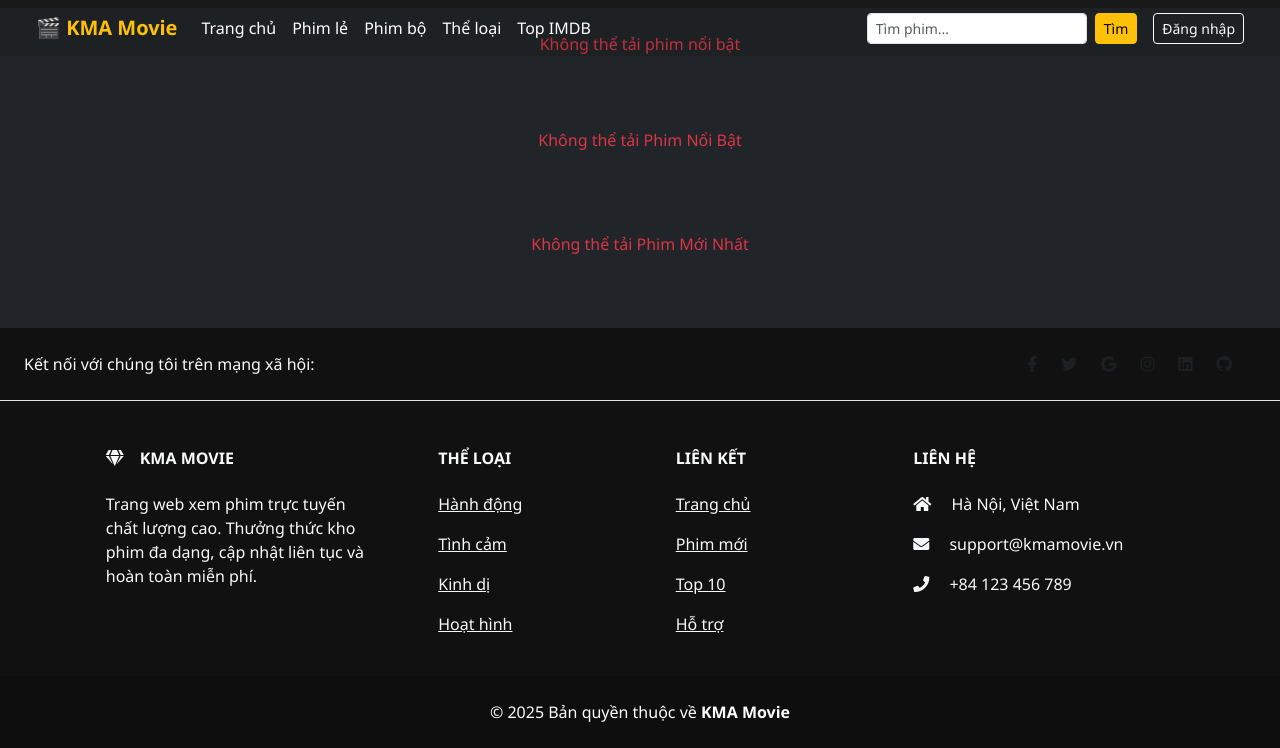
Repository: takagi2004/KMA_Nhom27_TTCS_WebXemFilm_FonEnd
Page: /
An editor plug-in stored every save of this project. The page is shown before and after a run of saves, followed by the edit.
The browser window is 1280 px wide. The pictures show the whole page.
The page's requests for data from a server got no answer. The project was rebuilt for these pictures with package versions that can differ from the ones it lists, and the page was loaded fresh each time. No one was signed in, and anything a server would have sent is missing. Also part of the build but not shown: src/layout/danhsachphim/Props/PhimCard.tsx.

Above is the page before, as saved 2025-08-07 01:53:39.

### public/index.html
<!DOCTYPE html>
<html lang="en">
  <head>
    <meta charset="utf-8" />
    <link rel="icon" href="%PUBLIC_URL%/favicon.ico" />
    <meta name="viewport" content="width=device-width, initial-scale=1" />
    <meta name="theme-color" content="#000000" />
    <meta
      name="description"
      content="Web site created using create-react-app"
    />
    <link rel="apple-touch-icon" href="%PUBLIC_URL%/logo192.png" />
    <!--
      manifest.json provides metadata used when your web app is installed on a
      user's mobile device or desktop. See https://developers.google.com/web/fundamentals/web-app-manifest/
    -->
    <link rel="manifest" href="%PUBLIC_URL%/manifest.json" />
    <!--
      Notice the use of %PUBLIC_URL% in the tags above.
      It will be replaced with the URL of the `public` folder during the build.
      Only files inside the `public` folder can be referenced from the HTML.

      Unlike "/favicon.ico" or "favicon.ico", "%PUBLIC_URL%/favicon.ico" will
      work correctly both with client-side routing and a non-root public URL.
      Learn how to configure a non-root public URL by running `npm run build`.
    -->
    <link href="https://cdn.jsdelivr.net/npm/bootstrap@5.3.7/dist/css/bootstrap.min.css" rel="stylesheet" integrity="sha384-LN+7fdVzj6u52u30Kp6M/trliBMCMKTyK833zpbD+pXdCLuTusPj697FH4R/5mcr" crossorigin="anonymous">
    <link rel="stylesheet" href="https://cdnjs.cloudflare.com/ajax/libs/font-awesome/5.15.3/css/all.min.css">
    <title>Xem Phim Hay,Mới Nhất Tại Phimmoi.com</title>
  </head>
  <body>
    <noscript>You need to enable JavaScript to run this app.</noscript>
    <div id="root"></div>
    <!--
      This HTML file is a template.
      If you open it directly in the browser, you will see an empty page.

      You can add webfonts, meta tags, or analytics to this file.
      The build step will place the bundled scripts into the <body> tag.

      To begin the development, run `npm start` or `yarn start`.
      To create a production bundle, use `npm run build` or `yarn build`.
    -->
    <script src="https://cdn.jsdelivr.net/npm/bootstrap@5.3.7/dist/js/bootstrap.bundle.min.js" integrity="sha384-ndDqU0Gzau9qJ1lfW4pNLlhNTkCfHzAVBReH9diLvGRem5+R9g2FzA8ZGN954O5Q" crossorigin="anonymous"></script>
  </body>
</html>

### src/App.tsx
import React from 'react';
import './App.css';
import Hompage from './layout/Hompage';

function App() {
  return (
    <div className="App">
       <Hompage />
    </div>
  );
}

export default App;

### src/layout/Hompage.tsx
import DanhSachPhim from "./danhsachphim/DanhSachPhim";
import Footer from "./header/foode-narbar-carosel/Footer";
import Header from "./header/Header";
import React from "react";
function Hompage() {
  return (
    <div className="App">
       <Header />
       <Footer />
    </div>
  );
}

export default Hompage;

### src/layout/header/foode-narbar-carosel/Footer.tsx
import React from "react";

/**
 * Footer cho trang web xem phim
 * - Responsive đầy đủ (mobile, tablet, desktop)
 * - Có phần mạng xã hội + liên hệ + link nhanh
 * - Thiết kế nền tối phù hợp trang xem phim
 */
const Footer: React.FC = () => {
  return (
    <footer className="text-center text-lg-start text-muted" style={{ backgroundColor: "#111" }}>
      {/* ====================== MẠNG XÃ HỘI ====================== */}
      <section className="d-flex justify-content-center justify-content-lg-between p-4 border-bottom">
        {/* Bên trái - chỉ hiện trên màn hình lớn */}
        <div className="me-5 d-none d-lg-block text-light">
          <span>Kết nối với chúng tôi trên mạng xã hội:</span>
        </div>

        {/* Bên phải - icon mạng xã hội */}
        <div>
          <a href="#" className="me-4 text-reset text-light"><i className="fab fa-facebook-f"></i></a>
          <a href="#" className="me-4 text-reset text-light"><i className="fab fa-twitter"></i></a>
          <a href="#" className="me-4 text-reset text-light"><i className="fab fa-google"></i></a>
          <a href="#" className="me-4 text-reset text-light"><i className="fab fa-instagram"></i></a>
          <a href="#" className="me-4 text-reset text-light"><i className="fab fa-linkedin"></i></a>
          <a href="#" className="me-4 text-reset text-light"><i className="fab fa-github"></i></a>
        </div>
      </section>

      {/* ====================== LIÊN KẾT NHANH ====================== */}
      <section>
        <div className="container text-center text-md-start mt-5 text-light">
          <div className="row mt-3">
            {/* Cột 1 - Giới thiệu */}
            <div className="col-md-3 col-lg-4 col-xl-3 mx-auto mb-4">
              <h6 className="text-uppercase fw-bold mb-4">
                <i className="fas fa-gem me-3"></i>KMA Movie
              </h6>
              <p>
                Trang web xem phim trực tuyến chất lượng cao.
                Thưởng thức kho phim đa dạng, cập nhật liên tục và hoàn toàn miễn phí.
              </p>
            </div>

            {/* Cột 2 - Thể loại */}
            <div className="col-md-2 col-lg-2 col-xl-2 mx-auto mb-4">
              <h6 className="text-uppercase fw-bold mb-4">Thể loại</h6>
              <p><a href="#" className="text-reset">Hành động</a></p>
              <p><a href="#" className="text-reset">Tình cảm</a></p>
              <p><a href="#" className="text-reset">Kinh dị</a></p>
              <p><a href="#" className="text-reset">Hoạt hình</a></p>
            </div>

            {/* Cột 3 - Liên kết hữu ích */}
            <div className="col-md-3 col-lg-2 col-xl-2 mx-auto mb-4">
              <h6 className="text-uppercase fw-bold mb-4">Liên kết</h6>
              <p><a href="#" className="text-reset">Trang chủ</a></p>
              <p><a href="#" className="text-reset">Phim mới</a></p>
              <p><a href="#" className="text-reset">Top 10</a></p>
              <p><a href="#" className="text-reset">Hỗ trợ</a></p>
            </div>

            {/* Cột 4 - Liên hệ */}
            <div className="col-md-4 col-lg-3 col-xl-3 mx-auto mb-md-0 mb-4">
              <h6 className="text-uppercase fw-bold mb-4">Liên hệ</h6>
              <p><i className="fas fa-home me-3"></i> Hà Nội, Việt Nam</p>
              <p><i className="fas fa-envelope me-3"></i> support@kmamovie.vn</p>
              <p><i className="fas fa-phone me-3"></i> +84 123 456 789</p>
            </div>
          </div>
        </div>
      </section>

      {/* ====================== COPYRIGHT ====================== */}
      <div
        className="text-center p-4"
        style={{ backgroundColor: "rgba(0, 0, 0, 0.2)", color: "#fff" }}
      >
        © 2025 Bản quyền thuộc về <strong>KMA Movie</strong>
      </div>
    </footer>
  );
};

export default Footer;

### src/layout/header/Header.tsx
import React from "react";
import DanhSachPhim from "../danhsachphim/DanhSachPhim";
import { PhimAPI } from "../../api/PhimAPI";
import BannerMid from "../../anh/banne.jpg";
import Navbar from "./foode-narbar-carosel/Narbar";
import Carousel from "./foode-narbar-carosel/Carousel";

const Header: React.FC = () => {
  return (
    <div className="bg-dark">
      {/* NAVBAR */}
      <Navbar />

      {/* CAROUSEL */}
      <div className="mt-2 mb-4">
        <Carousel />
      </div>

      {/* DANH SÁCH PHIM */}
      <main className="container-fluid d-flex flex-column gap-4 pb-5">
        <DanhSachPhim
          title="Phim Nổi Bật"
          fetchApi={() => PhimAPI.getPhimNoiBat(30)}
        />
        <DanhSachPhim
          title="Phim Mới Nhất"
          fetchApi={() => PhimAPI.getPhimMoiNhat(20)}
        />
      </main>
    </div>
  );
};

export default Header;

### src/layout/danhsachphim/DanhSachPhim.tsx
import React, { useEffect, useState } from "react";
import Slider from "react-slick";
import PhimModel from "../../model/PhimModel";
import PhimCard from "./Props/PhimCard";
import "slick-carousel/slick/slick.css";
import "slick-carousel/slick/slick-theme.css";

interface DanhSachPhimProps {
  title: string;
  fetchApi: () => Promise<PhimModel[]>;
  slidesToShow?: number;
}

const DanhSachPhim: React.FC<DanhSachPhimProps> = ({
  title,
  fetchApi,
  slidesToShow = 8,
}) => {
  const [phimList, setPhimList] = useState<PhimModel[]>([]);
  const [loading, setLoading] = useState(true);
  const [error, setError] = useState<string | null>(null);

  useEffect(() => {
    fetchApi()
      .then((data) => {
        setPhimList(data);
        setLoading(false);
      })
      .catch(() => {
        setError(`Không thể tải ${title}`);
        setLoading(false);
      });
  }, [fetchApi, title]);

  if (loading) return <div className="text-light p-4">Đang tải {title}...</div>;
  if (error) return <div className="text-danger p-4">{error}</div>;

  const settings = {
    dots: false,
    infinite: false,
    speed: 500,
    slidesToShow,
    slidesToScroll: slidesToShow,
    arrows: true,
    responsive: [
      {
        breakpoint: 1200,
        settings: { slidesToShow: Math.min(4, slidesToShow), slidesToScroll: 4 },
      },
      {
        breakpoint: 768,
        settings: { slidesToShow: 2, slidesToScroll: 2 },
      },
    ],
  };

  return (
    <div className="danh-sach-phim-wrapper">
      <div className="danh-sach-phim-container">
        <h3 className="mb-4 text-light fw-bold ps-4 text-start">{title}</h3>
        <div className="px-4">
          <Slider {...settings}>
            {phimList.map((phim) => (
              <div key={phim.idPhim} className="px-2">
                <PhimCard phim={phim} />
              </div>
            ))}
          </Slider>
        </div>
      </div>
    </div>
  );
};

export default DanhSachPhim;

### src/api/PhimAPI.ts
import axios from "axios";
import PhimModel from "../model/PhimModel";

const API_BASE_URL = "http://localhost:8080/api/phim";

export const PhimAPI = {
    // 1. Lấy tất cả phim
    getAllPhim: async (): Promise<PhimModel[]> => {
        const response = await axios.get<PhimModel[]>(`${API_BASE_URL}/all`);
        return response.data;
    },

    // 2. Lấy top phim thịnh hành
    getTopThinhHanh: async (limit: number = 10): Promise<PhimModel[]> => {
        const response = await axios.get<PhimModel[]>(`${API_BASE_URL}/top?limit=${limit}`);
        return response.data;
    },

    // 3. Lấy phim nổi bật (cho carousel)
    getPhimNoiBat: async (limit: number = 5): Promise<PhimModel[]> => {
        const response = await axios.get<PhimModel[]>(`${API_BASE_URL}/noi-bat?limit=${limit}`);
        return response.data;
    },

    // 4. Lấy chi tiết 1 phim theo ID
    getPhimById: async (id: number): Promise<PhimModel> => {
        const response = await axios.get<PhimModel>(`${API_BASE_URL}/${id}`);
        return response.data;
    },

    // 5. (Optional) Tìm kiếm phim theo từ khóa
    searchPhim: async (keyword: string): Promise<PhimModel[]> => {
        const response = await axios.get<PhimModel[]>(`${API_BASE_URL}/search?keyword=${encodeURIComponent(keyword)}`);
        return response.data;
    },
    // 6. Lấy phim mới nhất
    getPhimMoiNhat: async (limit: number = 10): Promise<PhimModel[]> => {
        const response = await axios.get<PhimModel[]>(`${API_BASE_URL}/moi-nhat?limit=${limit}`);
        return response.data;
    }
};

### src/layout/header/foode-narbar-carosel/Narbar.tsx
import React, { useEffect, useState } from "react";
import "./../../../App.css";

const Navbar: React.FC = () => {
  const [scrolled, setScrolled] = useState(false);

  // Theo dõi sự kiện scroll để đổi trạng thái navbar
  useEffect(() => {
    const handleScroll = () => {
      if (window.scrollY > 50) {
        setScrolled(true);
      } else {
        setScrolled(false);
      }
    };

    window.addEventListener("scroll", handleScroll);
    return () => {
      window.removeEventListener("scroll", handleScroll);
    };
  }, []);

  return (
    <nav
      className={`navbar navbar-expand-lg fixed-top px-4 ${
        scrolled ? "navbar-dark bg-dark shadow" : "navbar-dark bg-transparent"
      }`}
    >
      <div className="container-fluid">
        {/* Logo */}
        <a className="navbar-brand fw-bold text-warning" href="/">
          🎬 KMA Movie
        </a>

        {/* Menu icon mobile */}
        <button
          className="navbar-toggler"
          type="button"
          data-bs-toggle="collapse"
          data-bs-target="#navbarMovie"
          aria-controls="navbarMovie"
          aria-expanded="false"
          aria-label="Toggle navigation"
        >
          <span className="navbar-toggler-icon"></span>
        </button>

        {/* Menu */}
        <div className="collapse navbar-collapse" id="navbarMovie">
          <ul className="navbar-nav me-auto mb-2 mb-lg-0">
            <li className="nav-item"><a className="nav-link active" href="/">Trang chủ</a></li>
            <li className="nav-item"><a className="nav-link" href="/phim-le">Phim lẻ</a></li>
            <li className="nav-item"><a className="nav-link" href="/phim-bo">Phim bộ</a></li>
            <li className="nav-item"><a className="nav-link" href="/the-loai">Thể loại</a></li>
            <li className="nav-item"><a className="nav-link" href="/top-imdb">Top IMDB</a></li>
          </ul>

          {/* Search */}
          <form className="d-flex me-3">
            <input
              className="form-control form-control-sm me-2"
              type="search"
              placeholder="Tìm phim..."
            />
            <button className="btn btn-sm btn-warning" type="submit">
              Tìm
            </button>
          </form>

          {/* Icon user */}
          <a className="btn btn-outline-light btn-sm">Đăng nhập</a>
        </div>
      </div>
    </nav>
  );
};

export default Navbar;

### src/layout/header/foode-narbar-carosel/Carousel.tsx
import React, { useEffect, useState } from "react";
import "../../../App.css";
import { PhimAPI } from "../../../api/PhimAPI";
import PhimModel from "../../../model/PhimModel";

const Carousel: React.FC = () => {
  const [phimNoiBat, setPhimNoiBat] = useState<PhimModel[]>([]);
  const [loading, setLoading] = useState(true);
  const [error, setError] = useState<string | null>(null);

  useEffect(() => {
    PhimAPI.getPhimNoiBat(5)
      .then((data) => {
        setPhimNoiBat(data);
        setLoading(false);
      })
      .catch((err) => {
        setError("Không thể tải phim nổi bật");
        console.error(err);
        setLoading(false);
      });
  }, []);

  if (loading) return <div className="text-light p-4">Đang tải phim nổi bật...</div>;
  if (error) return <div className="text-danger p-4">{error}</div>;

  return (
    <div id="movieCarousel" className="carousel slide carousel-fade carousel-container" data-bs-ride="carousel">
      <div className="carousel-inner">
        {phimNoiBat.map((phim, index) => {
          const thoiLuong = phim.tapPhim?.length
            ? `${phim.tapPhim[0].thoiLuong} phút`
            : "Chưa có";

          return (
            <div key={phim.idPhim} className={`carousel-item ${index === 0 ? "active" : ""}`}>
              <img
                src={phim.anhBia || "https://via.placeholder.com/1920x1080?text=No+Image"}
                className="d-block w-100 carousel-img"
                alt={phim.tenPhim}
              />

              {/* Overlay cho desktop */}
              <div className="carousel-overlay-bottom-left d-none d-sm-block">
                <h2 className="fw-bold display-5">{phim.tenPhim}</h2>

                <div className="mb-2">
                  <span className="badge bg-success me-2">Top Thịnh Hành</span>
                  {phim.goiDangKy?.map((goi, i) => (
                    <span key={i} className="badge bg-info me-2">{goi}</span>
                  ))}
                </div>

                <p className="mb-1">
                  <span className="text-warning fw-bold me-2">
                    ★ {phim.diemTrungBinh?.toFixed(1) || 0}
                  </span>
                  {phim.namPhatHanh} | {phim.soLuong || 0} tập | {thoiLuong}
                </p>

                <p className="mb-2 text-light small">
                  {phim.theLoai?.join(" • ")} {phim.quocGia && `• ${phim.quocGia}`}
                </p>

                <p className="text-light" style={{ maxWidth: "600px" }}>
                  {phim.moTa?.length && phim.moTa.length > 200
                    ? phim.moTa.substring(0, 200) + "..."
                    : phim.moTa}
                </p>

                <div className="mt-3">
                  <button className="btn btn-success me-2">▶ Xem ngay</button>
                  <button className="btn btn-outline-light">+ Thêm vào danh sách</button>
                </div>
              </div>

              {/* Info mobile */}
              <div className="carousel-mobile-info d-sm-none">
                <h2>{phim.tenPhim}</h2>
                <span className="badge bg-success">Top Thịnh Hành</span>
                {phim.goiDangKy?.map((goi, i) => (
                  <span key={i} className="badge bg-info">{goi}</span>
                ))}

                <span className="rating">★ {phim.diemTrungBinh?.toFixed(1) || 0}</span>
                <div className="meta">
                  {phim.namPhatHanh} | {phim.soLuong || 0} tập | {thoiLuong}
                </div>

                <div className="mt-2">
                  <button className="btn btn-success me-2">▶ Xem ngay</button>
                  <button className="btn btn-outline-light">+ Thêm vào danh sách</button>
                </div>
              </div>
            </div>
          );
        })}
      </div>

      <button className="carousel-control-prev" type="button" data-bs-target="#movieCarousel" data-bs-slide="prev">
        <span className="carousel-control-prev-icon" aria-hidden="true"></span>
      </button>
      <button className="carousel-control-next" type="button" data-bs-target="#movieCarousel" data-bs-slide="next">
        <span className="carousel-control-next-icon" aria-hidden="true"></span>
      </button>
    </div>
  );
};

export default Carousel;

Loaded but not shown: src/index.tsx (common file); src/index.css (common file); src/reportWebVitals.ts (common file); src/App.css (333 lines, source omitted)

After the next 2 saves:
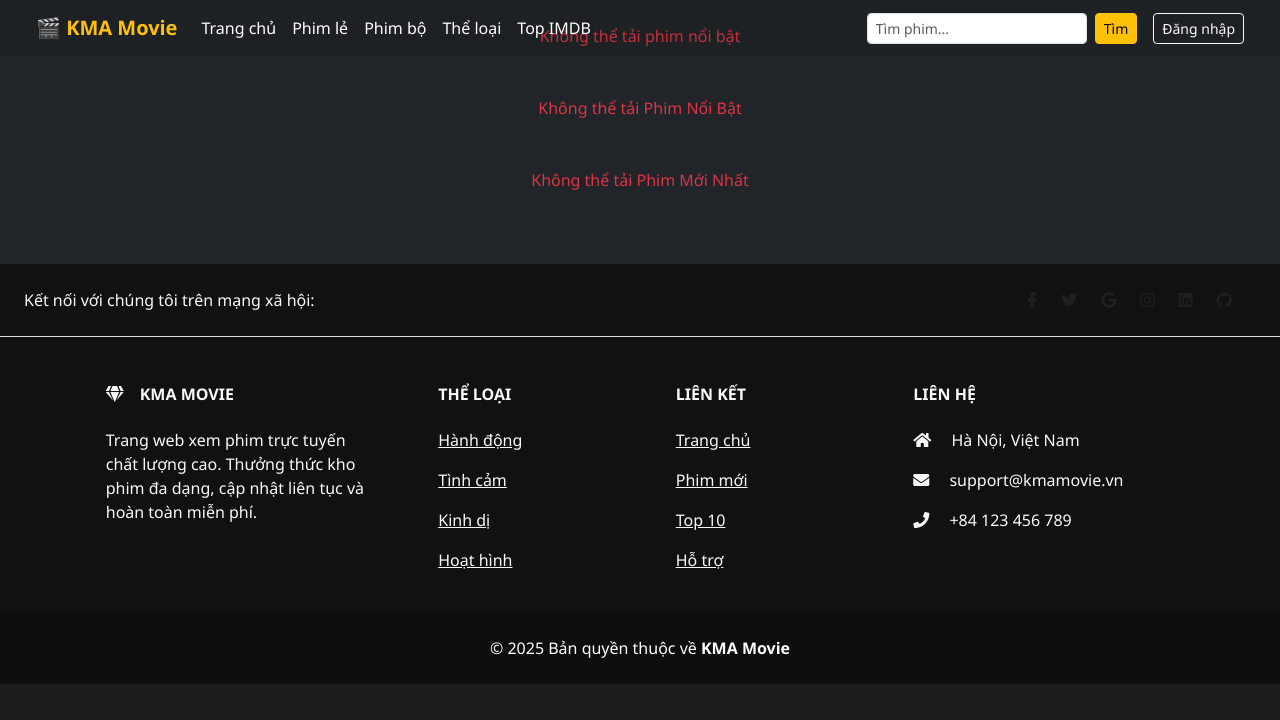
The 2 saves are shown as one change because they came seconds apart.
The last was saved 33 s later.
--- a/src/layout/header/Header.tsx
+++ b/src/layout/header/Header.tsx
@@ -1,23 +1,22 @@
 import React from "react";
 import DanhSachPhim from "../danhsachphim/DanhSachPhim";
 import { PhimAPI } from "../../api/PhimAPI";
-import BannerMid from "../../anh/banne.jpg";
 import Navbar from "./foode-narbar-carosel/Narbar";
 import Carousel from "./foode-narbar-carosel/Carousel";
 
 const Header: React.FC = () => {
   return (
-    <div className="bg-dark">
+    <div className="bg-dark header-wrapper">
       {/* NAVBAR */}
       <Navbar />
 
       {/* CAROUSEL */}
-      <div className="mt-2 mb-4">
+      <div className="header-carousel">
         <Carousel />
       </div>
 
       {/* DANH SÁCH PHIM */}
-      <main className="container-fluid d-flex flex-column gap-4 pb-5">
+      <main className="container-fluid header-main pb-5">
         <DanhSachPhim
           title="Phim Nổi Bật"
           fetchApi={() => PhimAPI.getPhimNoiBat(30)}
